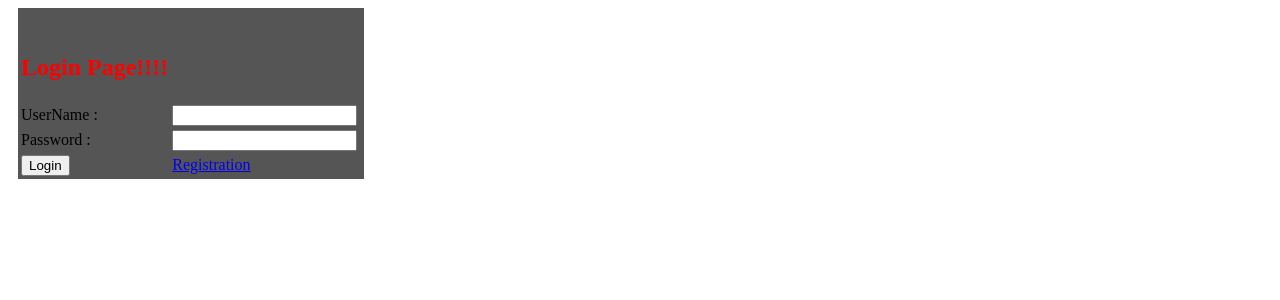
Repository: Ritesh1194/FellowshipApp
Page: http://localhost/MyLoginRegistrationProject/login.jsp
An editor plug-in stored every save of this project. The page is shown before and after the next save, followed by the edit.
The browser window is 1280 px wide. The pictures show the whole page.
The page is served by Tomcat 9. Nobody is signed in. The application's start-up code is not run. Other server files are loaded and not shown.

Above is the page before, as saved 2019-12-27 10:06:02.

### MyLoginRegistrationProject/WebContent/login.jsp
<%@ page language="java" contentType="text/html; charset=UTF-8"
	pageEncoding="UTF-8"%>
<!DOCTYPE html PUBLIC "-//W3C//DTD HTML 4.01 Transitional//EN" "http://www.w3.org/TR/html4/loose.dtd">
<html>
<head>
<meta http-equiv="Content-Type" content="text/html; charset=UTF-8">
<title>Login Page</title>
</head>
<body>
	<form action="LoginRegister" method="post">
		<table
			style="background-color: #555555; margin-right: 10px; margin-left: 10px;">
			<tr>
				<td><h3 style="color: red;">${message}</h3>
					<h3 style="color: green;">${successMessage}</h3></td>
			</tr>
			<tr>
				<td><h2 style="color: red">Login Page!!!!</h2></td>
			</tr>
			<tr>
				<td>UserName :</td>
				<td><input type="text" name="username"></td>
			</tr>
			<tr>
				<td>Password :</td>
				<td><input type="password" name="password1"></td>
			</tr>
			<tr>
				<td><input type="submit" name="submit" value="Login"></td>
				<td><a href="register.jsp">Registration </a></td>
				<td></td>
			</tr>
		</table>
	</form>
</body>
</html>

After the next save:
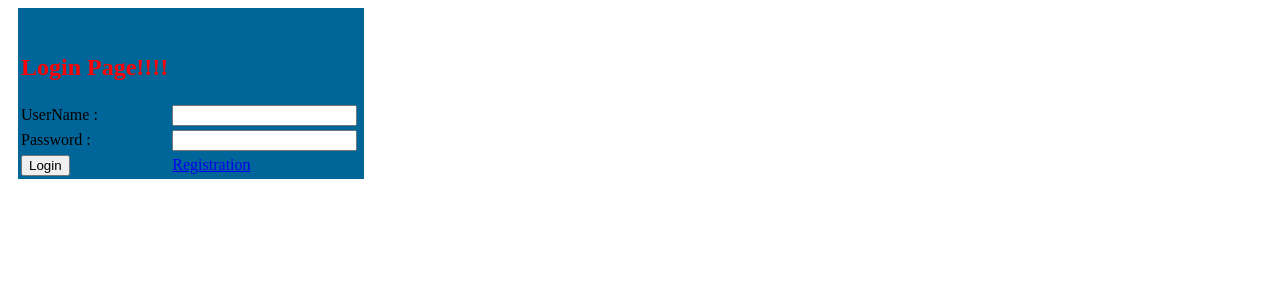
Saved 114 s later.
--- a/MyLoginRegistrationProject/WebContent/login.jsp
+++ b/MyLoginRegistrationProject/WebContent/login.jsp
@@ -9,7 +9,7 @@
 <body>
 	<form action="LoginRegister" method="post">
 		<table
-			style="background-color: #555555; margin-right: 10px; margin-left: 10px;">
+			style="background-color: #006699; margin-right: 10px; margin-left: 10px;">
 			<tr>
 				<td><h3 style="color: red;">${message}</h3>
 					<h3 style="color: green;">${successMessage}</h3></td>
